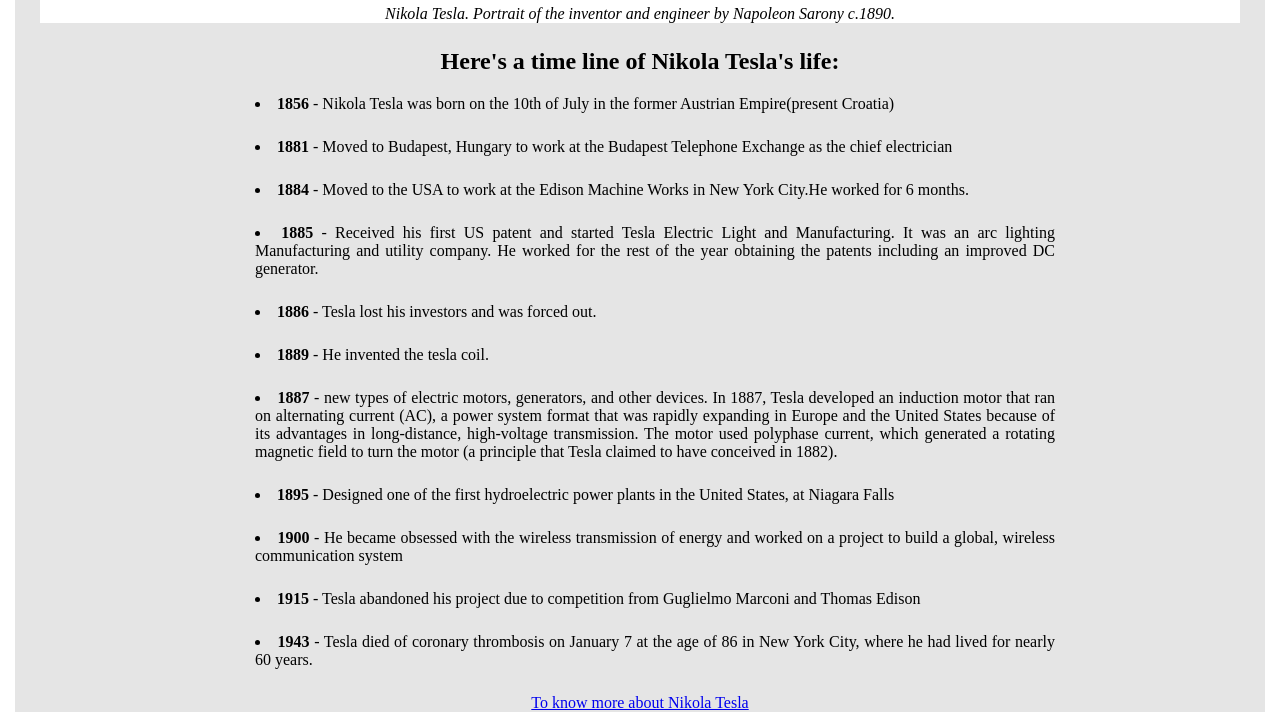
Repository: Avishka217/Tribute-Page
Page: index.html
The author's editor kept a copy of each file at every save. The page is drawn from the files as they stood at one save, then again after the next save.
The browser window is 1280 px wide. The pictures show the part of the page from y = 576 to 1306 px (the page is 1288 px tall before and 1306 px after).
A picture or video elsewhere on the page could not be fetched, so the positions and the page height are approximate.

Above is the page before, as saved 2020-03-18 19:51:40.

After the next save:
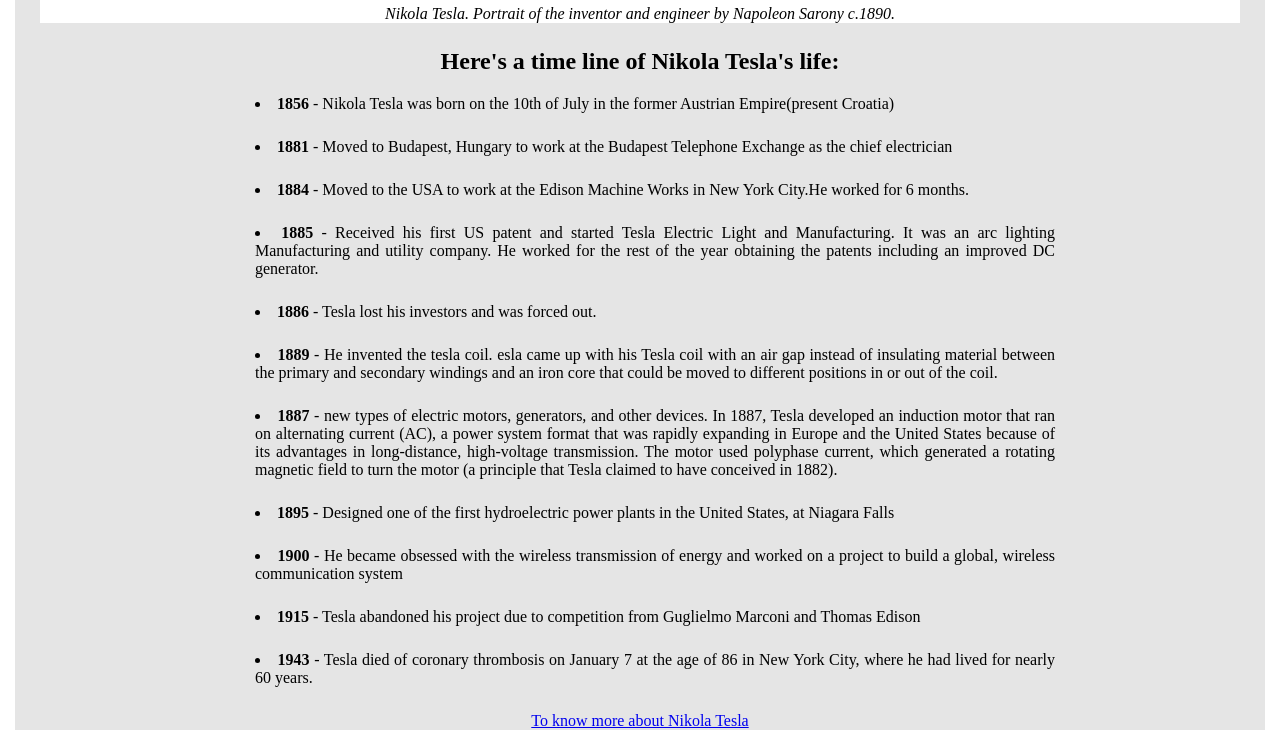
Saved 78 s later.
--- a/index.html
+++ b/index.html
@@ -41,7 +41,9 @@
                     and utility company. He worked for the rest of the year obtaining the patents including an improved
                     DC generator.</li>
                 <li><b>1886</b> - Tesla lost his investors and was forced out.</li>
-                <li><b>1889</b> - He invented the tesla coil.</li>
+                <li><b>1889</b> - He invented the tesla coil. esla came up with his Tesla coil with an air gap instead
+                    of insulating material between the primary and secondary windings and an iron core that could be
+                    moved to different positions in or out of the coil.</li>
                 <li><b>1887</b> - new types of electric motors, generators, and other devices.
 
                     In 1887, Tesla developed an induction motor that ran on alternating current (AC), a power system
